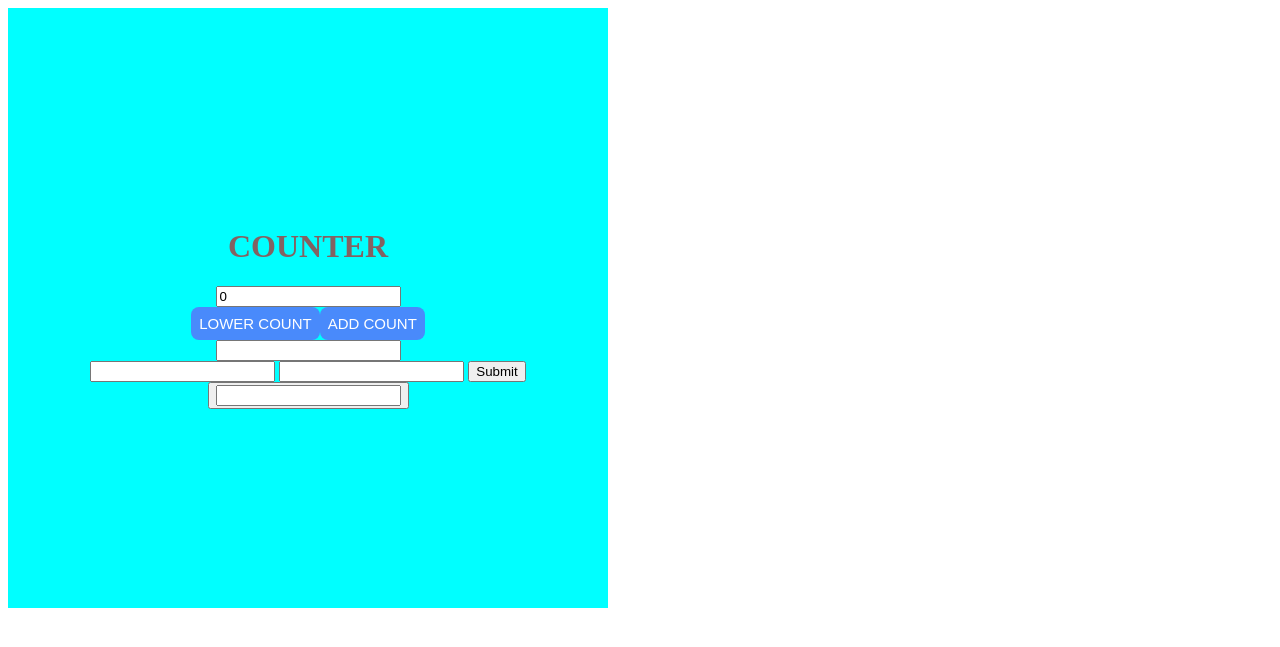
Repository: sedashahnazaryan/Caunter
Page: index.html
These files come from the project's save history. The page is drawn as it stood at one moment and after the next save; the edit follows.
The browser window is 1280 px wide. The pictures show the whole page.

Above is the page before, as saved 2022-02-15 00:04:07.

After the next save:
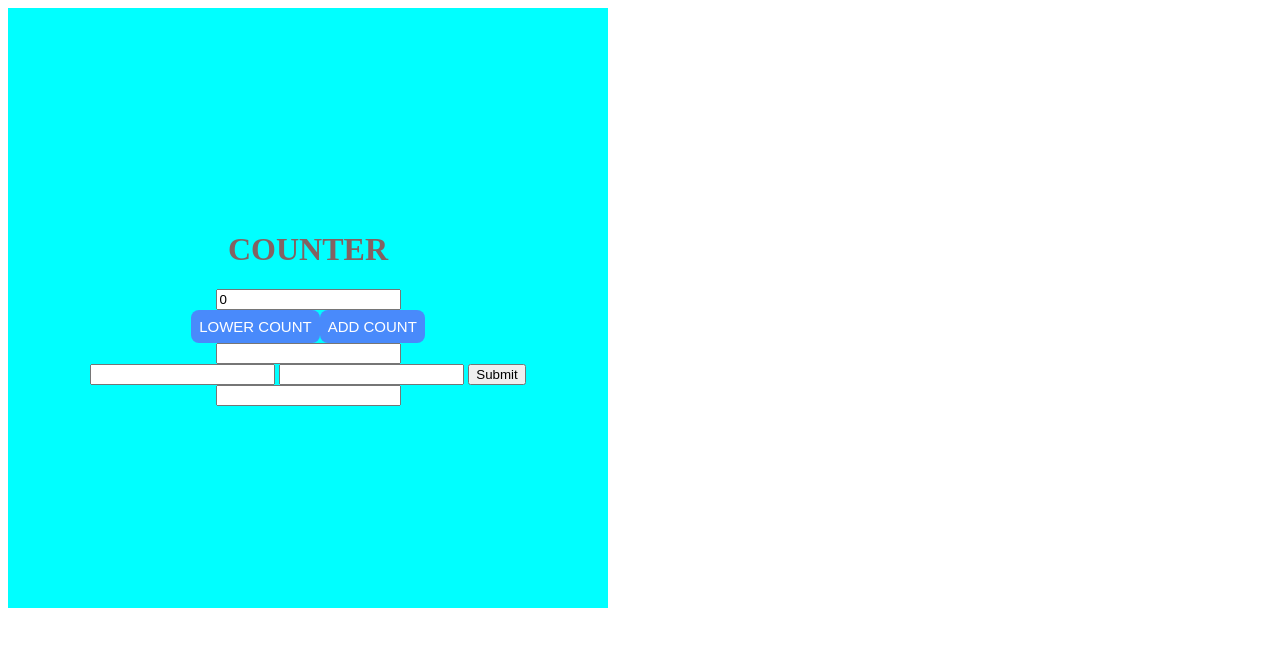
Saved 8 s later.
--- a/index.html
+++ b/index.html
@@ -26,7 +26,6 @@
     </div>
 
     <div class="item1">
-<button id ="start" type="text">
 <input id ="stop" type="text">
     </div>
     </div>
